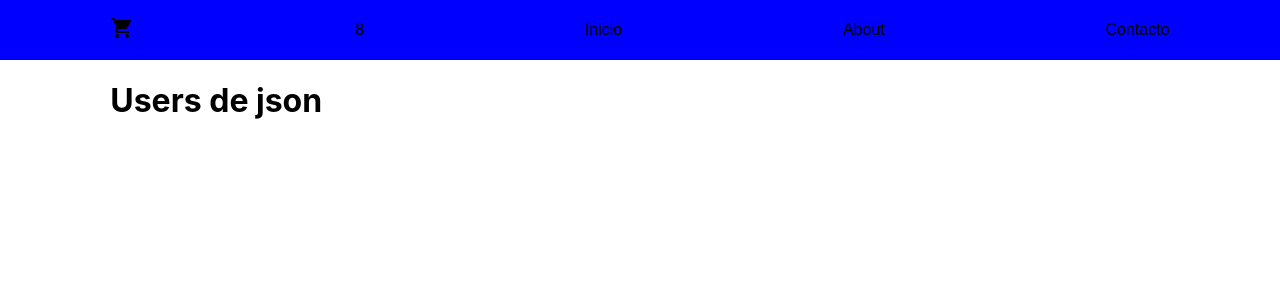
Repository: Toydrum/React-HectorCoronado
Page: /
These files come from the project's save history. The page is drawn as it stood at one moment and after the next save; the edit follows.
The browser window is 1280 px wide. The pictures show the whole page.
The page's requests for data from a server got no answer. The project was rebuilt for these pictures with package versions that can differ from the ones it lists, and the page was loaded fresh each time. No one was signed in, and anything a server would have sent is missing. Also part of the build but not shown: src/components/CardUser/CardUser.jsx.

Above is the page before, as saved 2023-06-15 16:26:03.

After the next save:
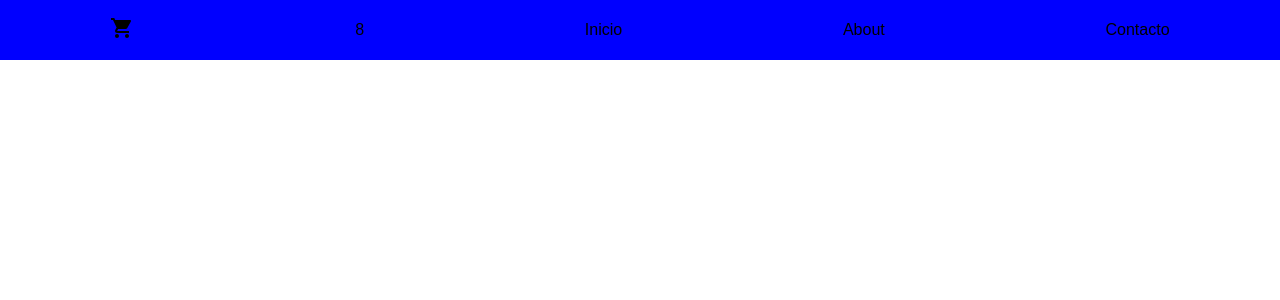
Saved 56 s later.
--- a/src/components/CardList/CardList.jsx
+++ b/src/components/CardList/CardList.jsx
@@ -15,7 +15,6 @@ const CardList = () => {
 
   return(
     <div className="Cards-List">
-      <h1>Users de json</h1>
       {users.map((user) =>{
         return(
           <div>
